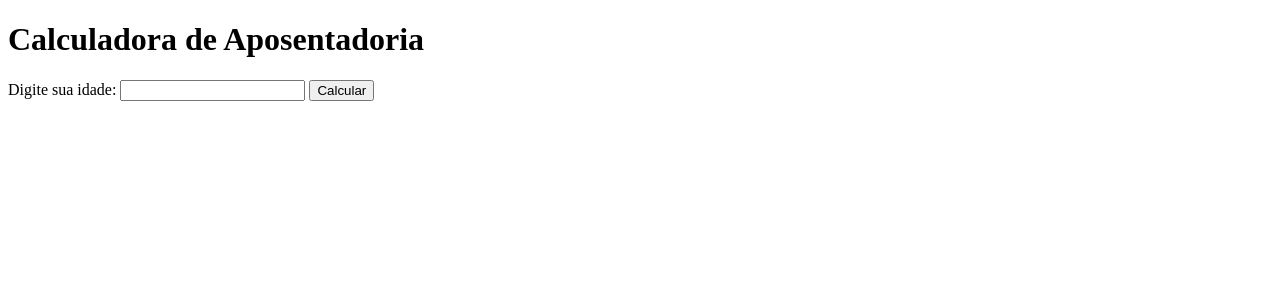
Repository: Gabrielb0rn/Java-script.io
Page: 19aula 1208/index.html
These files come from the project's save history. The page is drawn as it stood at one moment and after a run of saves; the edit follows.
The browser window is 1280 px wide. The pictures show the whole page.

Above is the page before, as saved 2024-08-12 08:26:17.

### 19aula 1208/index.html
<!-- Site de Atividades -->

<!DOCTYPE html>
<html lang="pt-BR">
<head>
    <meta charset="UTF-8">
    <meta name="viewport" content="width=device-width, initial-scale=1.0">
    <title>Site de atividades - aula 19</title>
    <style</style>
</head>
<body>
    <h1>Calculadora de Aposentadoria</h1>
    <form id="formAposentadoria">
        <label for="idade">Digite sua idade:</label>
        <input type="number" id="idade" name="idade" required>
        <button type="submit">Calcular</button>
    </form>
    <p id="resultado"></p>

    <script src="assets/scripts.js"></script>
</body>
</html>

### assets/style.css
body {
    font-family: Arial, sans-serif;
    background-color: #f0f0f0;
    color: #333;
    margin: 0;
    padding: 0;
    line-height: 1.6;
}

header {
    background: url('koenigsegg.jpg') no-repeat center center;
    background-size: cover;
    height: 300px;
    color: white;
    display: flex;
    justify-content: center;
    align-items: center;
    font-size: 2em;
    text-shadow: 2px 2px 4px #000;
    padding: 20px;
    box-sizing: border-box;
}

main {
    padding: 20px;
}

section {
    margin-bottom: 40px;
}

h1, h2, h3, h4 {
    text-align: center;
}

figure {
    margin: 20px 0;
    text-align: center;
}

figcaption {
    font-style: italic;
}

.container {
    max-width: 800px;
    margin: 20px auto;
    padding: 20px;
    background-color: white;
    box-shadow: 0 0 10px rgba(0, 0, 0, 0.1);
    border-radius: 8px;
}

footer {
    background-color: #333;
    color: #fff;
    text-align: center;
    padding: 10px;
    position: fixed;
    bottom: 0;
    width: 100%;
}

a {
    color: #0066cc;
    text-decoration: none;
}

a:hover {
    text-decoration: underline;
}

.text-image-right {
    display: flex;
    flex-wrap: wrap;
    align-items: center;
    margin: 20px 0;
}

.text-image-right div {
    flex: 1;
    padding: 10px;
}

.text-image-right img {
    max-width: 300px;
    width: 100%;
    height: auto;
    flex: 1;
    margin: 10px;
}

@media (max-width: 768px) {
    .text-image-right {
        flex-direction: column;
        align-items: center;
    }
}

Loaded but not shown: 19aula 1208/assets/scripts.js (no stored copy; drawn as an empty file)

After the next 3 saves:
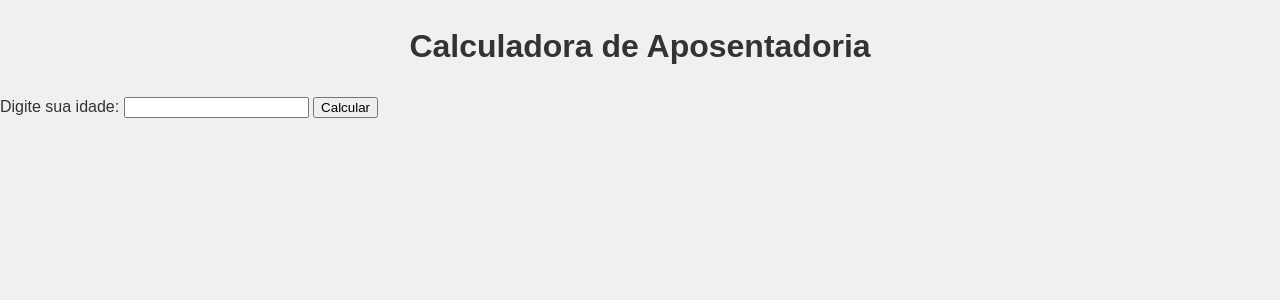
The 3 saves are shown as one change because they came seconds apart.
The last was saved 10 s later.
--- a/19aula 1208/index.html
+++ b/19aula 1208/index.html
@@ -6,7 +6,7 @@
     <meta charset="UTF-8">
     <meta name="viewport" content="width=device-width, initial-scale=1.0">
     <title>Site de atividades - aula 19</title>
-    <style</style>
+    <link rel="stylesheet" href="assets/style.css">
 </head>
 <body>
     <h1>Calculadora de Aposentadoria</h1>
